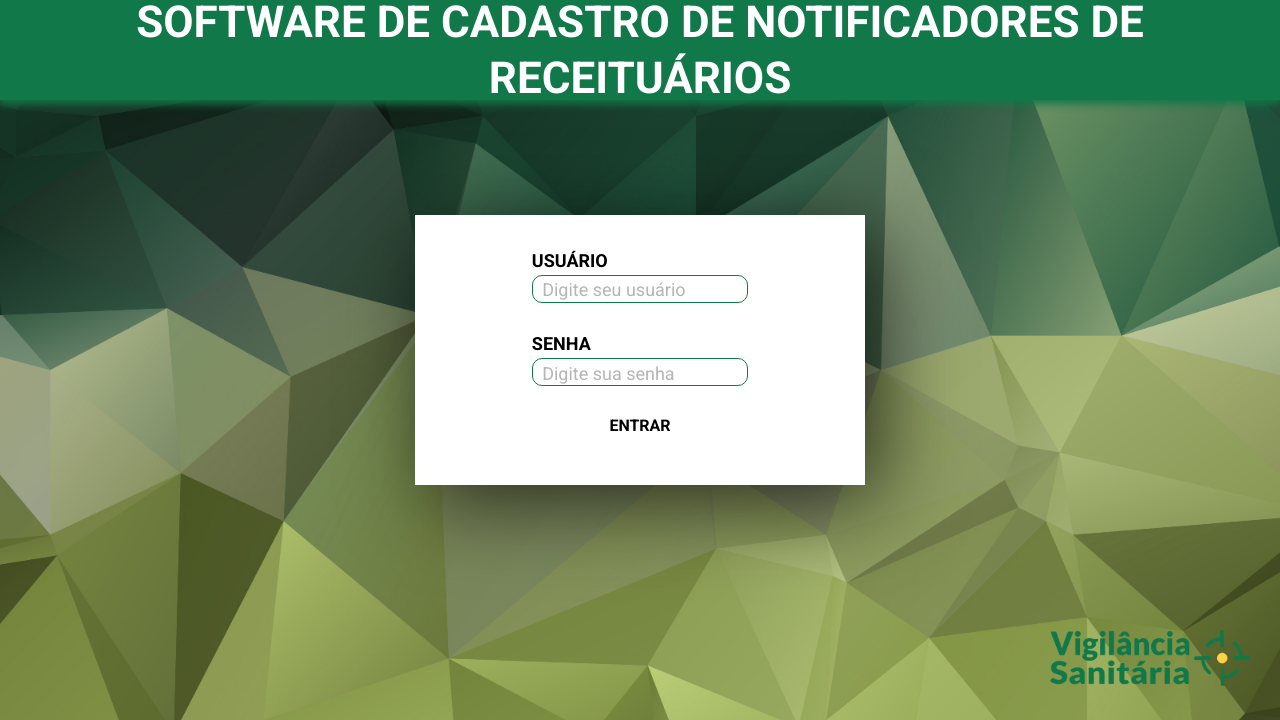
Repository: milena-rosa/web-prescription-notifier
Page: /
These files come from the project's save history. The page is drawn as it stood at one moment and after the next save; the edit follows.
The browser window is 1280 px wide. The pictures show the whole page.
The project was rebuilt for these pictures with package versions that can differ from the ones it lists, and the page was loaded fresh each time. Also part of the build but not shown: src/pages/Home/styles.ts, src/pages/Home/index.tsx.

Above is the page before, as saved 2021-11-07 13:25:46.

After the next save:
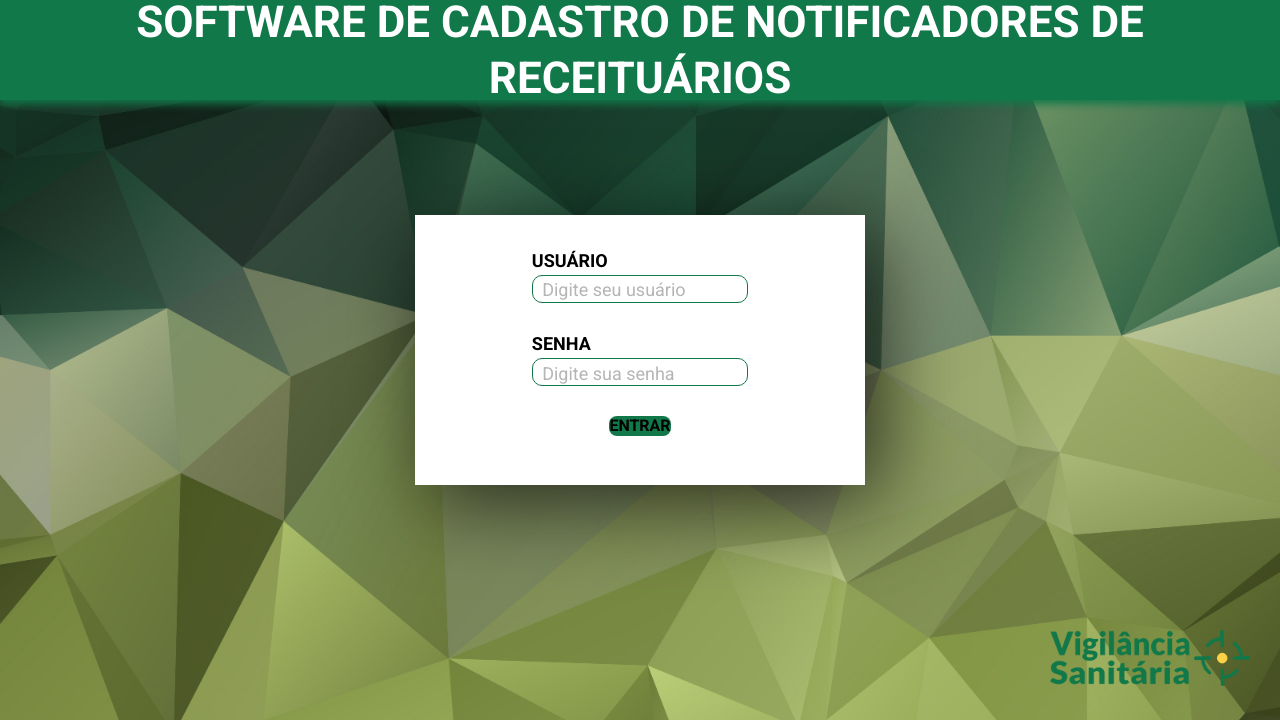
Saved 14 s later.
--- a/src/components/Button/styles.ts
+++ b/src/components/Button/styles.ts
@@ -1,7 +1,7 @@
 import styled from 'styled-components'
 
 export const Container = styled.button`
-  background: var(--blue-primary);
+  background: var(--green-primary);
   border: 0;
   border-radius: 0.5rem;
   color: var(--gray-80);
